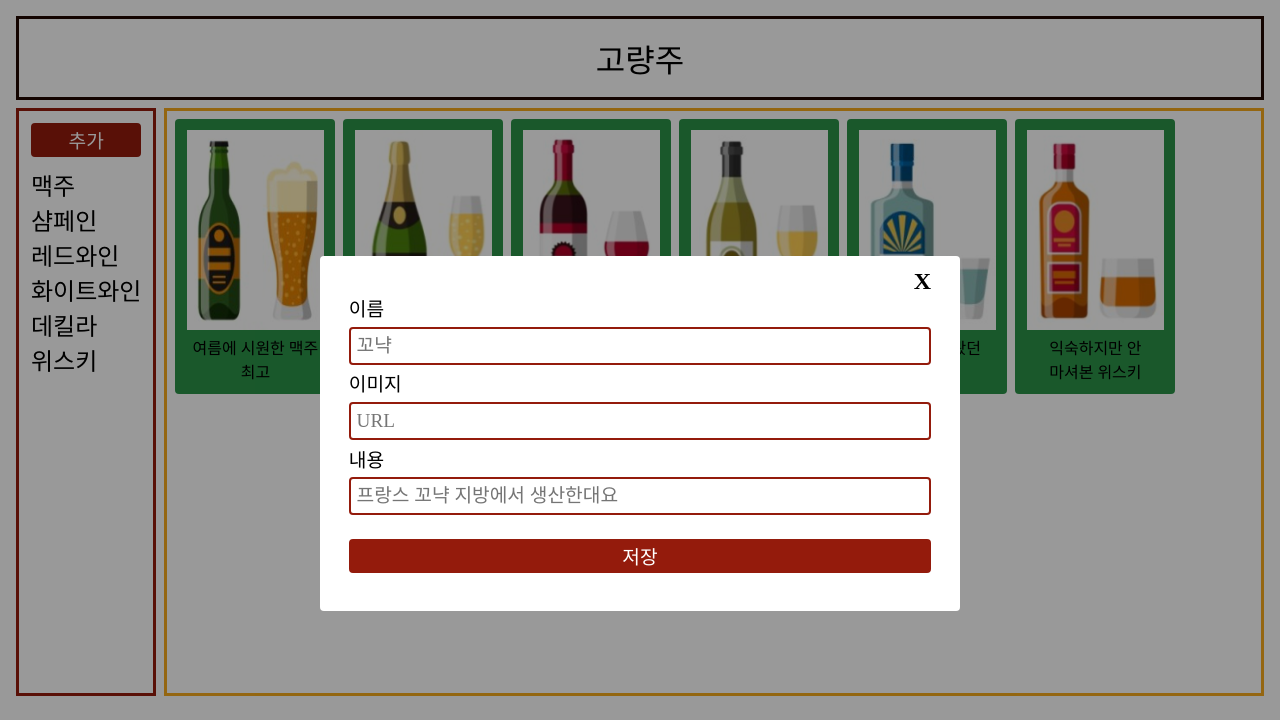
Repository: Jay-JYKim91/grj_2nd_week
Page: index.html
The author's editor kept a copy of each file at every save. The page is drawn from the files as they stood at one save, then again after the next save.
The browser window is 1280 px wide. The pictures show the whole page.
An inner scrolling area shows only its first screen. Some web fonts or font styles are not loaded; a fallback is used.

Above is the page before, as saved 2022-05-16 17:07:02.

After the next save:
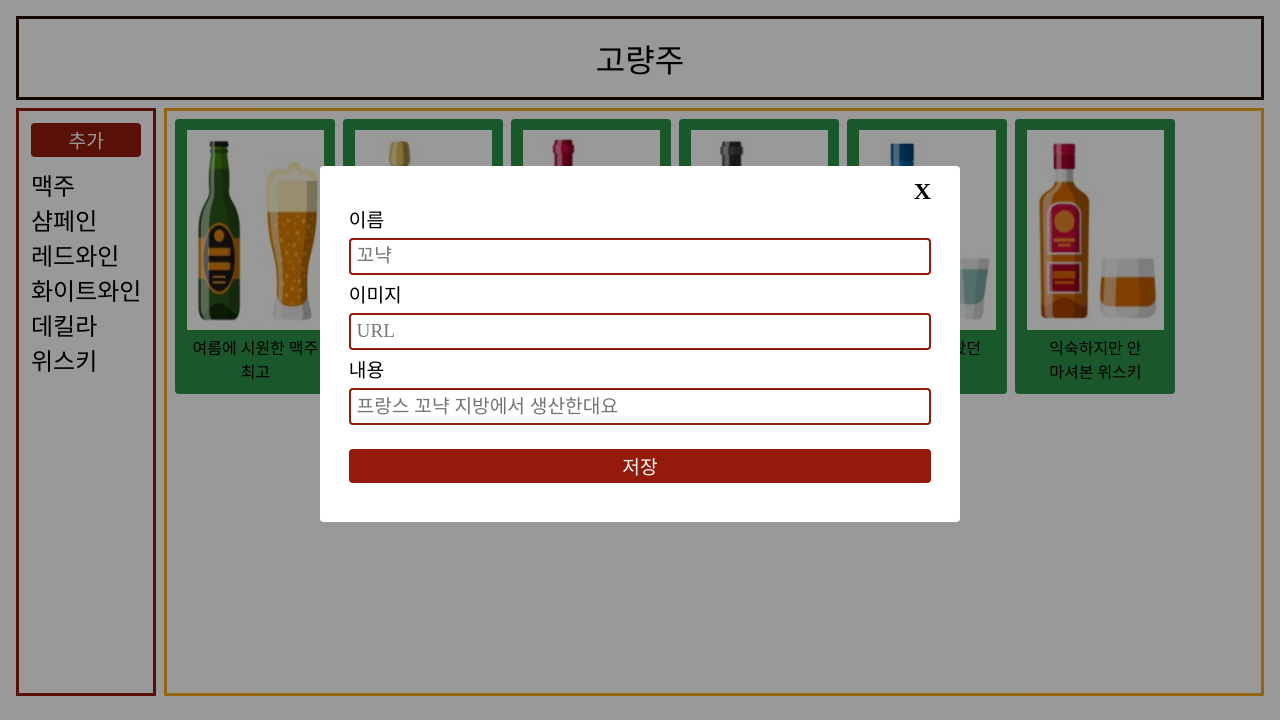
Saved 61 s later.
--- a/styles.css
+++ b/styles.css
@@ -116,7 +116,7 @@ aside {
 .modal-content {
   position: relative;
   background-color: white;
-  margin: 20% auto; /* 15% from the top and centered */
+  margin: 13% auto; /* 15% from the top and centered */
   padding: 2em 1.5em 1.5em 1.5em;
   border-radius: 4px;
   width: 50%; /* Could be more or less, depending on screen size */
